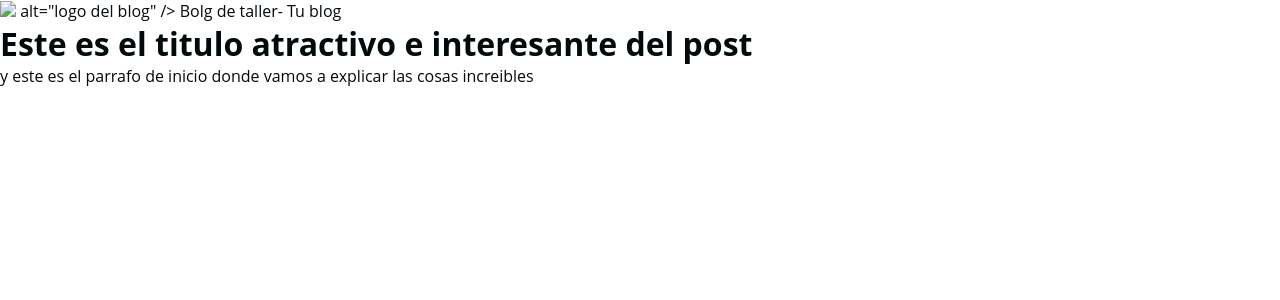
Repository: tatianasuxo/FN-prodct-card-component
Page: proyects/git-ejemplo/projects/git-ejemplo/index.html
These files come from the project's save history. The page is drawn as it stood at one moment and after the next save; the edit follows.
The browser window is 1280 px wide. The pictures show the whole page.

Above is the page before, as saved 2023-03-01 16:58:29.
Not found: proyects/git-ejemplo/projects/git-ejemplo/descargas/logo.jpg

After the next save:
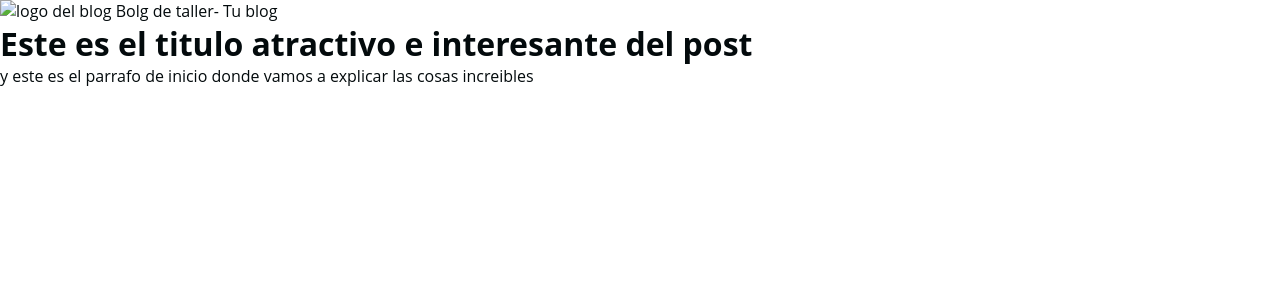
Saved 76 s later.
--- a/proyects/git-ejemplo/projects/git-ejemplo/index.html
+++ b/proyects/git-ejemplo/projects/git-ejemplo/index.html
@@ -13,8 +13,8 @@
 <body>
     <div id="container">
         <divid id="cabecera">
-            <img id="logo" src="descargas/logo.jpg">
-            alt="logo del blog" />
+            <img id="logo" src="descargas/logo.jpg"
+             alt="logo del blog" />
             <span id="tagline">Bolg de taller- Tu blog</span>
         <div id="post">
             <h1>Este es el titulo atractivo e interesante del post</h1>
